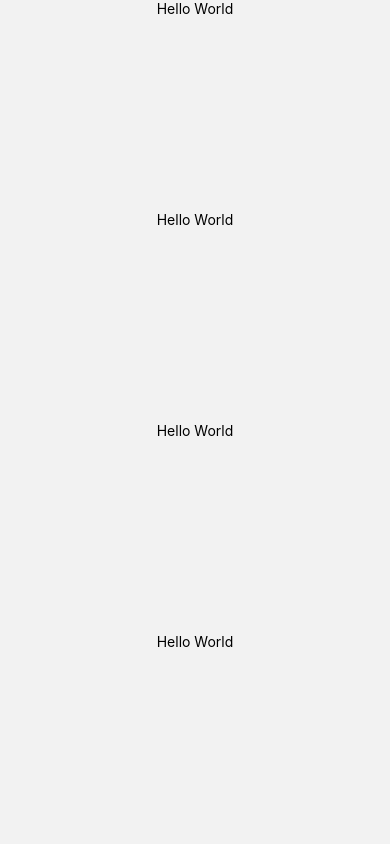
Repository: awarbler/reactNotesApp
Screen: / (app in reactNoteApp/)
These files come from the project's save history. The screen is drawn as it stood at one moment and after a run of saves; the edit follows.
The app was drawn by React Native's web renderer in a window 390 px wide. The project was rebuilt for these pictures with package versions that can differ from the ones it lists, and the page was loaded fresh each time.

Above is the screen before, as saved 2022-05-19 17:18:34.

### reactNoteApp/App.js
import AppState from './src/AppState/AppState';

export default function App() {
    return <AppState/>;

}

### reactNoteApp/src/AppState/AppState.js
import React, {useState, useEffect} from 'react';
import {Text} from 'react-native';
import AppNavigation from '../AppNavigation/AppNavigation';

export default function AppState(){
    const[allNotes, setAllNotes] = useState([{noteId: 1, noteTitle: 'First Idea', noteText: 'This is first note'}, {noteId: 2, noteTitle: 'Second Idea', noteText:'Second note'}]);
    const[note, setNotes] = useState({});

    const AppState = {
        allNotes,
        setAllNotes,
        note,
        setNotes
    };
    return <AppNavigation AppState={AppState}/>
}

### reactNoteApp/src/AppNavigation/AppNavigation.js
import * as React from 'react';
import { NavigationContainer } from '@react-navigation/native';
import { createNativeStackNavigator } from '@react-navigation/native-stack';

import Home from '/Users/awarbler/Desktop/SCHOOL/CSE 310 /reactNotesApp/reactNoteApp/src/screens/Home/Home.js';

const Stack = createNativeStackNavigator();

export default function AppNavigation(AppState){
    return (
      <NavigationContainer>
      <Stack.Navigator>

      <Stack.Screen name="All Notes" options={{headerShown: false}}>
        {props => <Home {...props} AppState={AppState} />}
      </Stack.Screen>

      </Stack.Navigator>
    </NavigationContainer>

      );
}

### reactNoteApp/src/screens/Home/Home.js
import React, {useState, useEffect} from 'react';
import { StyleSheet, Text, View } from 'react-native';

export default function Home(){
    return (
    <View style={styles.screen}>
        <Text style={styles.oneFourth}> Hello World </Text>
        <Text style={styles.oneFourth}> Hello World </Text>
        <Text style={styles.oneFourth}> Hello World </Text>
        <Text style={styles.oneFourth}> Hello World </Text>
    </View>


    );
}
const styles = StyleSheet.create({
    screen:{
        flex: 1, // 100 percent of the space
        justifyContent: 'center',
        alignItems: 'center'

    },
    oneFourth:{
        flex:1
    }
})

After the next 2 saves:
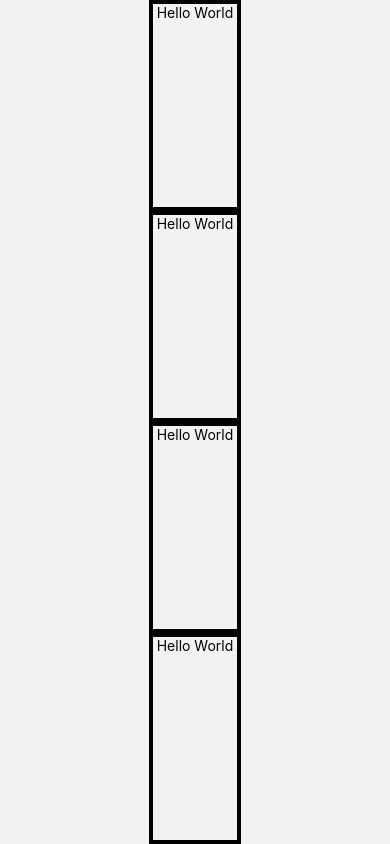
The 2 saves are shown as one change because they came seconds apart.
The last was saved 27 s later.
--- a/reactNoteApp/src/screens/Home/Home.js
+++ b/reactNoteApp/src/screens/Home/Home.js
@@ -21,6 +21,7 @@ const styles = StyleSheet.create({
 
     },
     oneFourth:{
-        flex:1
+        flex:1,
+        borderWidth: 4
     }
 })
